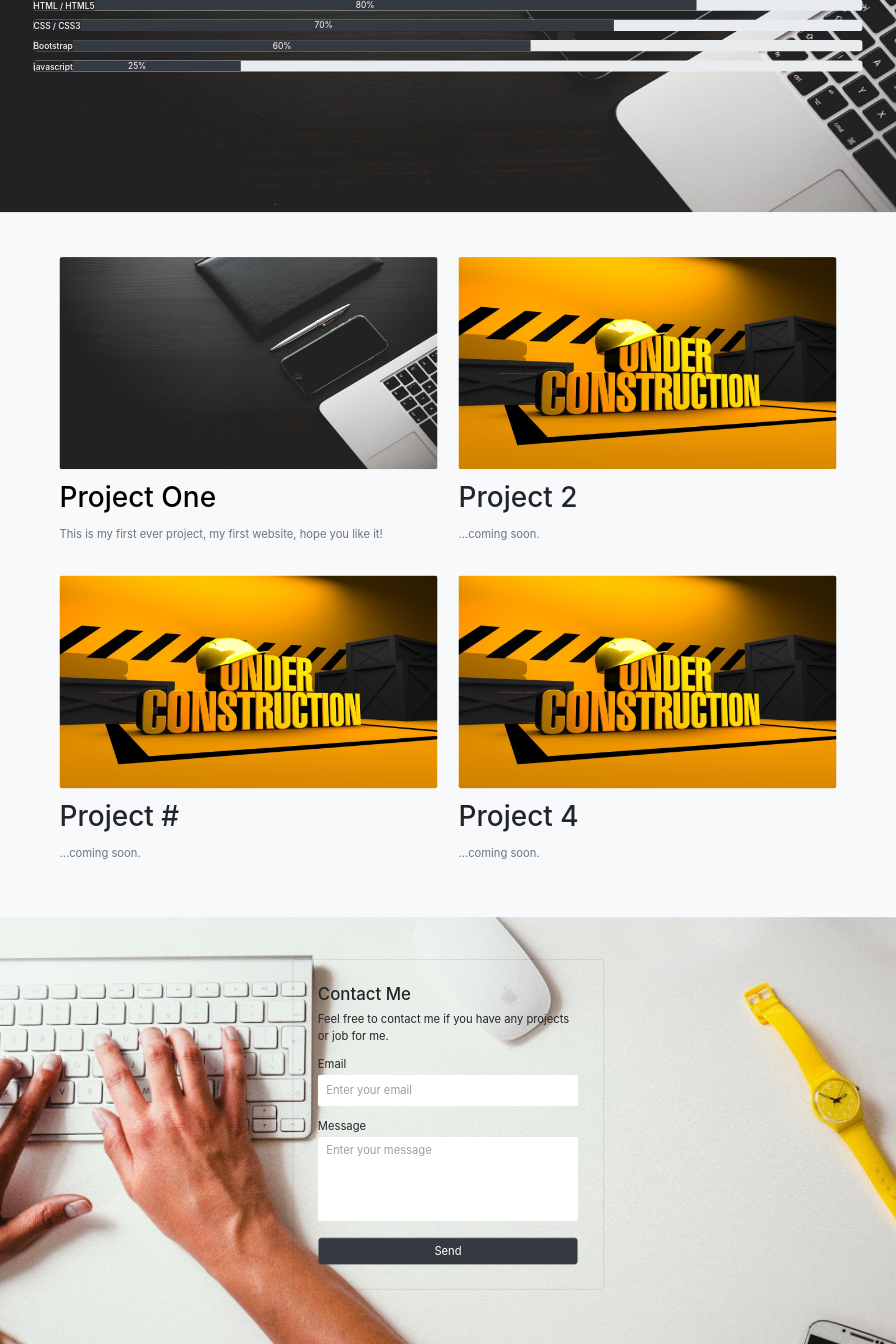
Repository: Kraljiccar/User-Centric-Frontend-Development-Milestone-Project
Page: index.html
The author's editor kept a record of every edit. The page is drawn from the files as they stood at one moment, then again after the next edit.
The browser window is 1280 px wide. The pictures show the part of the page from y = 1346 to 3266 px (the page is 3403 px tall), at 70% of full size.
Backgrounds fixed to the window are drawn as part of the page. Some web fonts or font styles are not loaded; a fallback is used. Some web libraries are served in a nearby version.

Above is the page before.

### index.html
<!DOCTYPE html>
<html lang="en-US">

<head>
    <meta charset="UTF-8">
    <meta name="viewport" content="width=device-width, initial-scale=1.0">
    <meta http-equiv="X-UA-Compatible" content="ie=edge">
    <link rel="stylesheet" href="./assets/css/style.css" type="text/css" />
    <script src="https://kit.fontawesome.com/34f2385a53.js" crossorigin="anonymous"></script>
    <link rel="stylesheet" href="https://stackpath.bootstrapcdn.com/bootstrap/4.3.1/css/bootstrap.min.css" integrity="sha384-ggOyR0iXCbMQv3Xipma34MD+dH/1fQ784/j6cY/iJTQUOhcWr7x9JvoRxT2MZw1T" crossorigin="anonymous">
    <link rel="stylesheet" href="https://stackpath.bootstrapcdn.com/font-awesome/4.7.0/css/font-awesome.min.css" type="text/css" />

    <title>Nemanja Kraljic</title>
</head>

<body data-spy="scroll" data-target="#navbarResponsive">
    <nav class="navbar navbar-expand-sm transparent navbar-dark p-2 fixed-top">
        <div class="container">
  <button class="navbar-toggler" type="button" data-toggle="collapse" data-target="#navbarTogglerDemo03" aria-controls="navbarTogglerDemo03" aria-expanded="false" aria-label="Toggle navigation">
    <span class="navbar-toggler-icon"></span>
  </button>


  <div class="collapse navbar-collapse justify-content-end  " id="navbarTogglerDemo03">

    <ul class="nav navbar-nav navbar-right">
      <li class="nav-item">
        <a class="nav-link" href="#banner">Home <span class="sr-only">(current)</span></a>
      </li>
      <li class="nav-item">
        <a class="nav-link" href="#about-me">About me</a>
      </li>
       <li class="nav-item">
        <a class="nav-link" href="#skills">My skills</a>
      </li>
       <li class="nav-item">
        <a class="nav-link" href="#projects">My projects</a>
      </li>
       <li class="nav-item">
        <a class="nav-link" href="#contact">Contact me</a>
      </li>

    </ul>
    </div>
  </div>
</nav>
    <section id="banner">
        <div class="container">
            <div class="row max-viewport align-items-center text-center">
                <div class="col-md-6 ">
                    <h1 class="text-white text-uppercase fonts">Nemanja Kraljic</h1>
                    <h3 class="text-white fonts">-Software developer-</h2>

                </div>
            </div>
        </div>
    </section>
    <!-----about me----->
    <section id="about-me">
        <div class="container-wrapper fonts">
    <div class="container features-container content-container">
        <section class="about">
            <div class="row">
                <div class="col-12 page-header">
                    <h2>About:</h2>
                    <hr class="block-devider block-devider-short block-devider--white">
                </div>
            </div>
            <div class="row">
                <div class="col-12 col-md-4 col-lg-4">
                    <div class="feature">
                        <h3><i class="far fa-question-circle d-none d-sm-block"> </i>Who am I?</h3>
                       <p>Currently i am learning HTML, CSS and bootstrap. JavaScript and Python languages, using Django and Flask frameworks is coming soon in the next few months.</p>
                    </div>
                </div>
                <div class="col-12 col-md-4 col-lg-4">
                    <div class="feature">
                        <h3><i class="fas fa-user-graduate d-none d-sm-block"> </i>Studies</h3>
                         <p>I am currently student at Code Institute. Always had a love to coding but after high school simply went on anothere side, mechanical engineering. Few years later after facultry i have realised that coding is my thing.</p>


                    </div>
                </div>
                <div class="col-12 col-md-4 col-lg-4">
                    <div class="feature">
                        <h3><i class="fab fa-github-square d-none d-sm-block"> </i>GitHub</h3>
                        <p>Here you have a <a href="https://github.com/Kraljiccar" target="_blank">link</a> to my github page.<span><a href="https://github.com/Kraljiccar" target="_blank"><i class="fab fa-github-square"></i></a></span></p>

                        <h3><i class="fas fa-envelope-open-text d-none d-sm-block"> </i>CV</h3>
                        <p>Here you have a link to my github page.<span><a href="https://github.com/Kraljiccar" target="_blank"><i class="fas fa-envelope-open-text "></i></a></span></p>

                    </div>
                </div>
            </div>

    </div>
    </div>
    </section>
    <!-----skills---->
    <section id="skills" class="p-5">
        <div class="naslov fonts">
            <h1 class="mb-5 mt-5"> My Software skills</h1>
        </div>
       <div class="row progress-section">
                    <div class="col">
                        <div class="progress" >
                            <div class="progress-bar bg-dark" role="progressbar" aria-valuenow="80" aria-valuemin="0" aria-valuemax="100" style="width:80%;">
                                <span class="sl-only">80% </span>
                            </div>
                            <span class="progress-type">HTML / HTML5</span>
                        </div>
                        <div class="progress">
                            <div class="progress-bar bg-dark" role="progressbar" aria-valuenow="70" aria-valuemin="0" aria-valuemax="100" style="width:70%;">
                                <span class="sl-only">70% </span>
                            </div>
                            <span class="progress-type">CSS / CSS3</span>
                        </div>
                        <div class="progress">
                            <div class="progress-bar bg-dark" role="progressbar" aria-valuenow="60" aria-valuemin="0" aria-valuemax="100" style="width:60%;">
                                <span class="sl-only">60%</span>
                            </div>
                            <span class="progress-type">Bootstrap</span>
                        </div>
                        <div class="progress">
                            <div class="progress-bar bg-dark" role="progressbar" aria-valuenow="25" aria-valuemin="0" aria-valuemax="100" style="width:25%;">
                                <span class="sl-only">25% </span>
                            </div>
                            <span class="progress-type">javascript</span>
                        </div>

                    </div>
                </div>
</div>
</div>
    </section>

    <section id="projects" class="p-5 bg-light">
        <div class="container">
            <div class="row">
                <div class="col-sm-6 my-3" >
                  <a class="project-link" href="#banner">  <img src="assets/images/office.jpg" alt="#" class="img-fluid rounded" alt="picture">
                    <h1 class="my-3">Project One</h1>
                    <p class="text-muted">This is my first ever project, my first website, hope you like it!</p>
               </a>
                </div>
                <div class="col-sm-6 my-3">
                    <img src="assets/images/under-construction.jpg" alt="#" class="img-fluid rounded" alt="picture">
                    <h1 class="my-3">Project 2</h1>
                    <p class="text-muted">...coming soon.</p>
                </div>
                <div class="col-sm-6 my-3">
                    <img src="assets/images/under-construction.jpg" alt="#" class="img-fluid rounded" alt="picture">
                    <h1 class="my-3">Project #</h1>
                    <p class="text-muted">...coming soon.</p>
                </div>
                <div class="col-sm-6 my-3">
                    <img src="assets/images/under-construction.jpg" alt="#" class="img-fluid rounded" alt="picture">
                    <h1 class="my-3">Project 4</h1>
                    <p class="text-muted">...coming soon.</p>
                </div>


            </div>
        </div>
    </section>
    <section id="contact">
        <div class="container">
            <div class="row justify justify-content-center">
                <div class="col-11 col-md-8 col-lg-6 col-xl-5">
                    <form class="">
                        <div class="card bg-transparent">
                            <div class="row mt-0">
                                <div class="col-md-12 ">
                                    <h4 class="">Contact Me</h4>
                                    <p>Feel free to contact me if you have any projects or job for me.</p>
                                </div>
                            </div>
                            <div class="form-group row mb-3">
                                <div class="col-md-12 mb-0">
                                    <p class="mb-1">Email</p> <input id="e-mail" type="text" placeholder="Enter your email" name="email" class="form-control input-box rm-border">
                                </div>
                            </div>
                            <div class="form-group row">
                                <div class="col-md-12 mb-2">
                                    <p class="mb-1">Message</p> <textarea id="message" type="text" placeholder="Enter your message" name="message" class="form-control input-box rm-border"></textarea>
                                </div>
                            </div>
                            <div class="form-group row justify-content-center mb-0">
                                <div class="col-md-12 px-3"> <input type="submit" value="Send" class="btn btn-block btn-dark rm-border"> </div>
                            </div>
                        </div>
                    </form>
                </div>
            </div>
        </div>
    </section>
    <section id="footer" class="p-2 bg-dark">
        <div class="container">
            <div class="row">
                <div class="col text-center">
                    <h4 class="text-white text-capiralize">&copy;Copyright Kraljic 2019</h4>
                </div>
            </div>
        </div>

    </section>
    <!-----Script---->
    <script src="https://code.jquery.com/jquery-3.3.1.slim.min.js" integrity="sha384-q8i/X+965DzO0rT7abK41JStQIAqVgRVzpbzo5smXKp4YfRvH+8abtTE1Pi6jizo" crossorigin="anonymous"></script>
    <script src="https://cdnjs.cloudflare.com/ajax/libs/popper.js/1.14.7/umd/popper.min.js" integrity="sha384-UO2eT0CpHqdSJQ6hJty5KVphtPhzWj9WO1clHTMGa3JDZwrnQq4sF86dIHNDz0W1" crossorigin="anonymous"></script>
    <script src="https://stackpath.bootstrapcdn.com/bootstrap/4.3.1/js/bootstrap.min.js" integrity="sha384-JjSmVgyd0p3pXB1rRibZUAYoIIy6OrQ6VrjIEaFf/nJGzIxFDsf4x0xIM+B07jRM" crossorigin="anonymous"></script>
</body>

</html>

### assets/css/style.css
@import url('https://fonts.googleapis.com/css?family=Calistoga&display=swap');

body {
 font-family: 'Calistoga', cursive;

  margin: 0;
  padding: 0;
}

.transparent {
  background-color: rgba(0, 0, 0, 0.6);
}

/*---------------------------------------------Home */

.fonts {
  font-family: 'Calistoga', cursive;
}

.max-viewport {
  min-height: 100vh;
}


#banner,
#skills {
  background: url("../images/office.jpg"), linear-gradient(rgba(179, 179, 179, 1), rgba(247, 247, 247, 1));
  background-attachment: fixed;
  background-position: center center;
  background-repeat: no-repeat;
  background-size: cover;


}
.h3sd {
  text-decoration: underline;
}
/*---------------------------------------------About me */

.container-wrapper {

  margin-top: 25px;
  margin-bottom: 25px;
}
/*---------------------------------------------My skills */
.naslov {
  color: #fff;
}

.naslov h1 {
  text-align: center;
}

.progress {
  position: relative;
  height: 25px;
  margin-bottom: 13px;
}

.progress-type {
  position: absolute;
  left: 0px;
  font-weight: 500;
  color: #fafafa;
  background-color: rgba(25, 25, 25, 0.6);

}

.progress-section {
  margin: 140px 20px;
  background-color: transparent;

}

/*---------------------------------------------My projects */

.img-fluid {
  width: 100%;
  height: 20%;
  background-position: center;
  background-size: cover;
  background-repeat: no-repeat;

}

.project-link {
  color: black;
}

.img-fluid:hover {
  transform: translateY(-50px), translatex(-50px);
  box-shadow: 0 15px 35px rgba(0, 0, 0, 0.9);
}



.project-link:hover {
  color: grey;
}

/*---------------------------------------------Contact me */

#contact {
  width: 100%;
  height: 95vh;
  background-image: url(../images/keyboard.jpg);
  background-position: center center;
  background-size: cover;
  background-attachment: fixed;
}

.box {
  margin: auto
}

.card {
  padding: 8%;
  padding-top: 35px;
  margin-top: 60px;
  margin-bottom: 80px
}

textarea[name="message"] {
  resize: none
}

#e-mail {
  height: 45px
}

#message {
  height: 120px
}

input.input-box,
textarea.input-box {
  background-color: #fff;
  border: #616161;
  color: #000;
}

input.input-box:focus,
textarea.input-box:focus {
  background-color: #F5F5F5;
  color: #000;
}

.rm-border:focus {
  border-color: inherit;
  -webkit-box-shadow: none;
  box-shadow: none
}

form .form-control::-webkit-input-placeholder {
  color: #9E9E9E
}


/*---------------------------------------------footer */

#footer{
  margin-bottom: 0;
  background: fixed;
}

After the next edit:
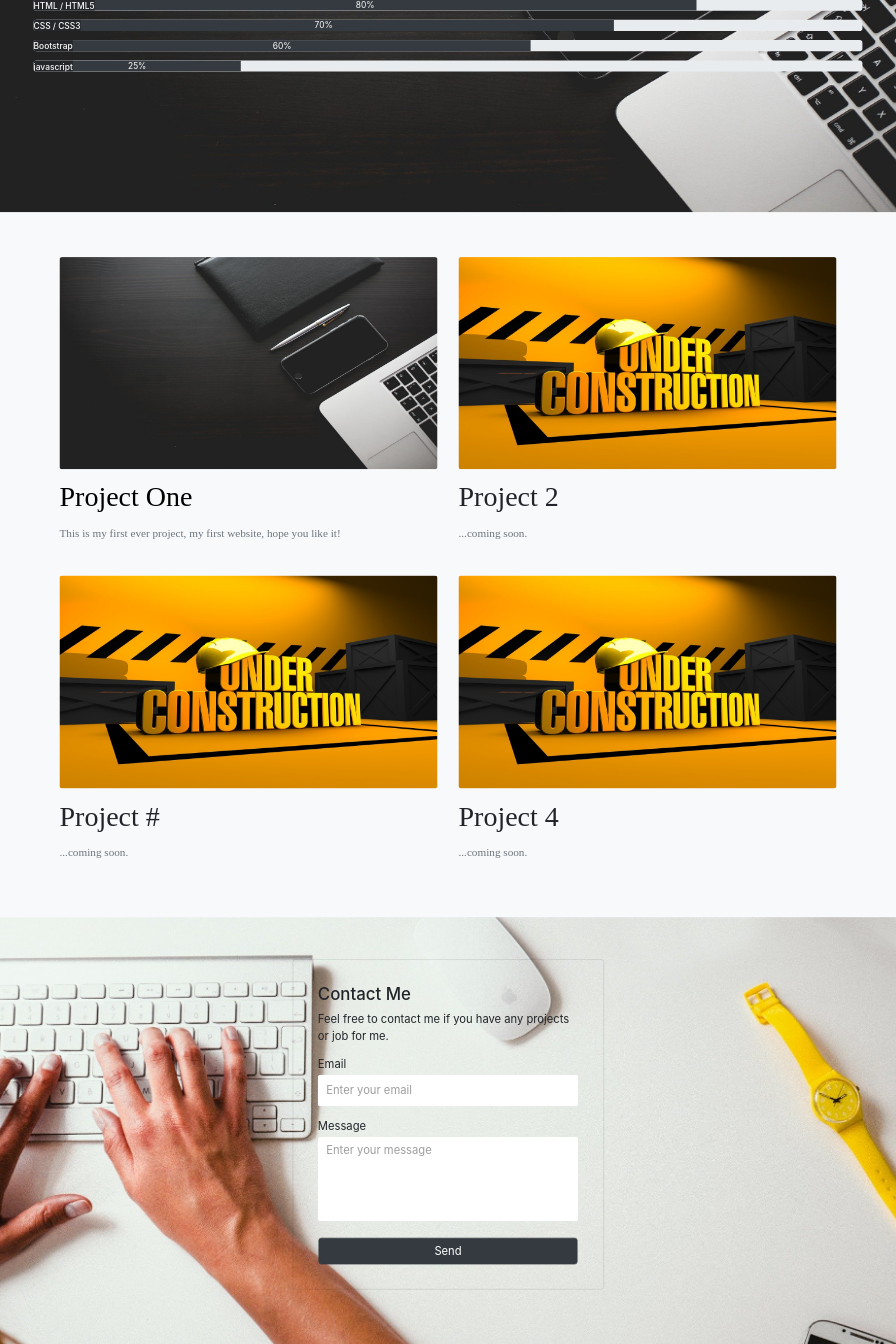
The edit:
--- a/index.html
+++ b/index.html
@@ -135,7 +135,7 @@
     </section>
 
     <section id="projects" class="p-5 bg-light">
-        <div class="container">
+        <div class="container fonts">
             <div class="row">
                 <div class="col-sm-6 my-3" >
                   <a class="project-link" href="#banner">  <img src="assets/images/office.jpg" alt="#" class="img-fluid rounded" alt="picture">
